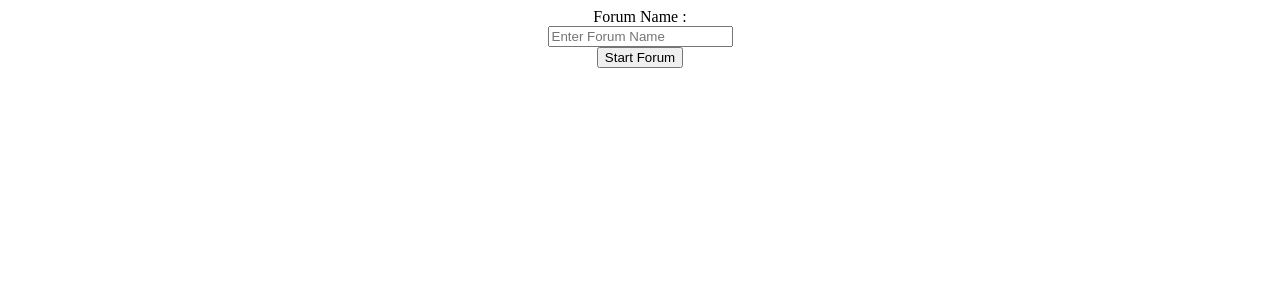
Repository: JamesArul/CLBSiteSTMT
Page: StudentsMeetFrontEnd/WebContent/Forum/ForumCreate.html
An editor plug-in stored every save of this project. The page is shown before and after the next save, followed by the edit.
The browser window is 1280 px wide. The pictures show the whole page.

Above is the page before, as saved 2017-06-03 06:45:38.

After the next save:
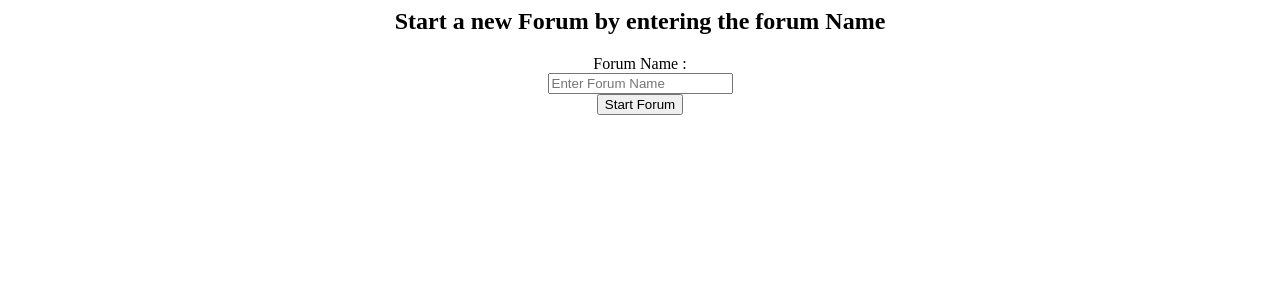
Saved 36 s later.
--- a/StudentsMeetFrontEnd/WebContent/Forum/ForumCreate.html
+++ b/StudentsMeetFrontEnd/WebContent/Forum/ForumCreate.html
@@ -1,6 +1,7 @@
 <div ng-include="'Forum/ForumHome.html'"></div>
 <div ng-controller="ForumController as ftrl">
 <center>
+<h2>Start a new Forum by entering the forum Name</h2>
 <form ng-submit="ftrl.createForum()" class="form-horizontal">
 <div class="form-group">
     <label class="control-label col-sm-2" for="forumName">Forum Name :</label>
